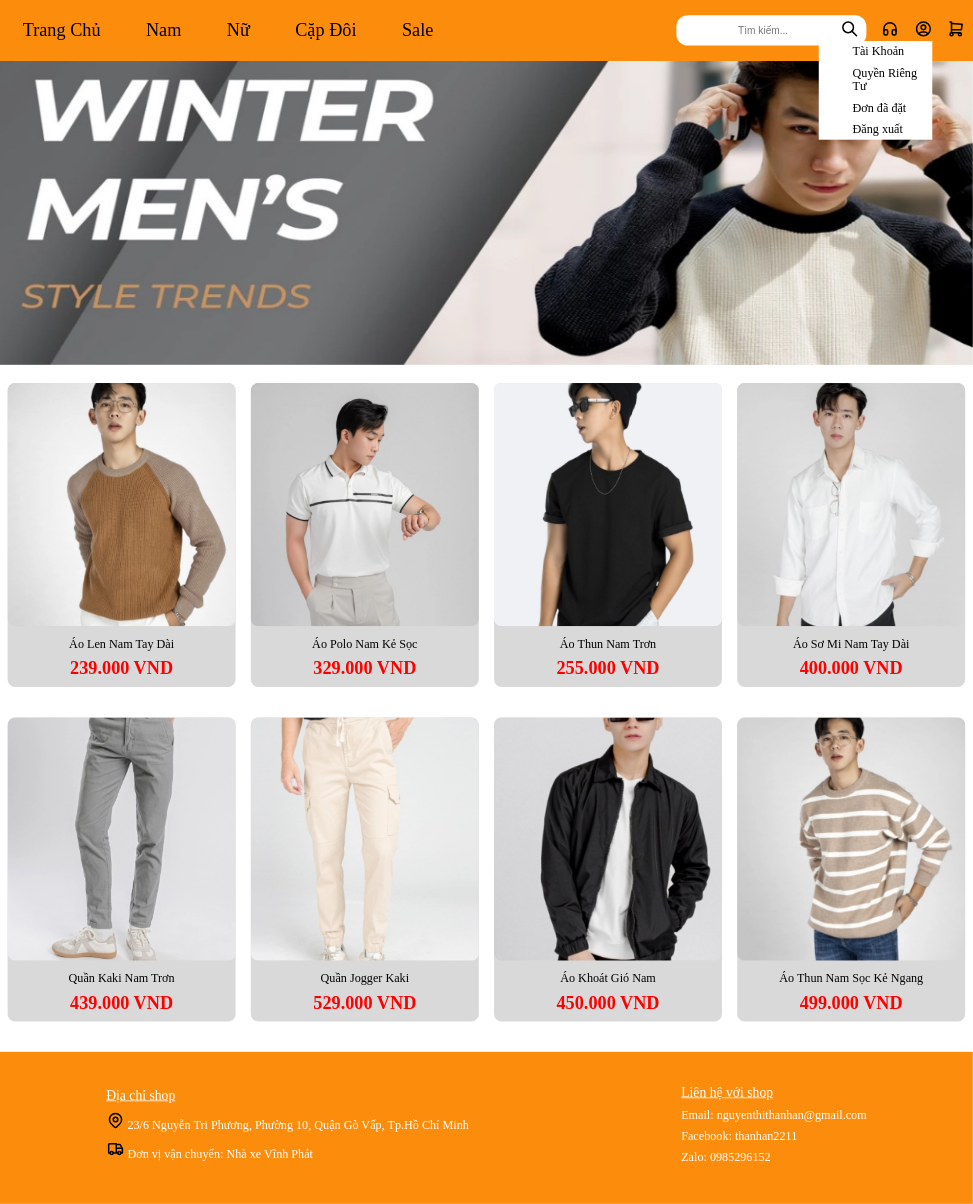
Repository: manhhieu120499/Project_ShopQuanAo
Page: html/nam.html
These files come from the project's save history. The page is drawn as it stood at one moment and after the next save; the edit follows.
The browser window is 1280 px wide. The pictures show the whole page, at 76% of full size.

Above is the page before, as saved 2023-03-06 00:22:34.

### html/nam.html
<!DOCTYPE html>
<html lang="en">
<head>
    <meta charset="UTF-8">
    <meta http-equiv="X-UA-Compatible" content="IE=edge">
    <meta name="viewport" content="width=device-width, initial-scale=1.0">
    <title>Document</title>
    <link rel="stylesheet" href="/css/style_nam.css">
</head>
<body>
    <div class="wrap">
        <div class="header">
            <div class="header_nav">
                <a href="#">Trang Chủ</a>
                <a href="#">Nam</a>
                <a href="#">Nữ</a>
                <a href="#">Cặp Đôi</a>
                <a href="#">Sale</a>
            </div>
            <div class="right_header">
                <a href="#" class="search">
                    <svg xmlns="http://www.w3.org/2000/svg" class="icon icon-tabler icon-tabler-search" width="24" height="24" viewBox="0 0 24 24" stroke-width="2" stroke="currentColor" fill="none" stroke-linecap="round" stroke-linejoin="round">
                        <path stroke="none" d="M0 0h24v24H0z" fill="none"></path>
                        <path d="M10 10m-7 0a7 7 0 1 0 14 0a7 7 0 1 0 -14 0"></path>
                        <path d="M21 21l-6 -6"></path>
                     </svg>
                </a>
                <input type="text" placeholder="                  Tìm kiếm...">
                <a href="#" class="headphone">
                    <svg xmlns="http://www.w3.org/2000/svg" class="icon icon-tabler icon-tabler-headphones " width="24" height="24" viewBox="0 0 24 24" stroke-width="2" stroke="currentColor" fill="none" stroke-linecap="round" stroke-linejoin="round">
                        <path stroke="none" d="M0 0h24v24H0z" fill="none"></path>
                        <path d="M4 13m0 2a2 2 0 0 1 2 -2h1a2 2 0 0 1 2 2v3a2 2 0 0 1 -2 2h-1a2 2 0 0 1 -2 -2z"></path>
                        <path d="M15 13m0 2a2 2 0 0 1 2 -2h1a2 2 0 0 1 2 2v3a2 2 0 0 1 -2 2h-1a2 2 0 0 1 -2 -2z"></path>
                        <path d="M4 15v-3a8 8 0 0 1 16 0v3"></path>
                     </svg>
                     <p class="phone_number">Hotline: 19008198</p>
                </a>
                <a href="#" class="user">
                    <svg xmlns="http://www.w3.org/2000/svg" class="icon icon-tabler icon-tabler-user-circle " width="24" height="24" viewBox="0 0 24 24" stroke-width="2" stroke="currentColor" fill="none" stroke-linecap="round" stroke-linejoin="round">
                        <path stroke="none" d="M0 0h24v24H0z" fill="none"></path>
                        <path d="M12 12m-9 0a9 9 0 1 0 18 0a9 9 0 1 0 -18 0"></path>
                        <path d="M12 10m-3 0a3 3 0 1 0 6 0a3 3 0 1 0 -6 0"></path>
                        <path d="M6.168 18.849a4 4 0 0 1 3.832 -2.849h4a4 4 0 0 1 3.834 2.855"></path>
                     </svg>
                     <ul class="sub_menu">
                        <li>Tài Khoản</li>
                        <li>Quyền Riêng Tư</li>
                        <li>Đơn đã đặt</li>
                        <li>Đăng xuất</li>
                     </ul>
                </a>
                <a href="#">
                    <svg xmlns="http://www.w3.org/2000/svg" class="icon icon-tabler icon-tabler-shopping-cart" width="24" height="24" viewBox="0 0 24 24" stroke-width="2" stroke="currentColor" fill="none" stroke-linecap="round" stroke-linejoin="round">
                        <path stroke="none" d="M0 0h24v24H0z" fill="none"></path>
                        <path d="M6 19m-2 0a2 2 0 1 0 4 0a2 2 0 1 0 -4 0"></path>
                        <path d="M17 19m-2 0a2 2 0 1 0 4 0a2 2 0 1 0 -4 0"></path>
                        <path d="M17 17h-11v-14h-2"></path>
                        <path d="M6 5l14 1l-1 7h-13"></path>
                     </svg>
                </a>
            </div>
        </div>

        <!--Slide_bar-->
        <div class="slide_bar">
            <img src="/image/image_trangnam/16.jpg" alt="picture_panel">
        </div>

        <!--products-->
        <div class="products">
            <div class="product_one">
                 <div class="product_item">
                    <a href="#"><img src="/image/image_trangnam/22.jpg" alt=""></a>
                    <p>Áo Len Nam Tay Dài</p>
                    <p>239.000 VND</p>
                 </div>
                 <div class="product_item">
                    <a href="#"><img src="/image/image_trangnam/17.jpg" alt=""></a>
                    <p>Áo Polo Nam Kẻ Sọc</p>
                    <p>329.000 VND</p>
                 </div>
                 <div class="product_item">
                    <a href="#"><img src="/image/image_trangnam/23.jpg" alt=""></a>
                    <p>Áo Thun Nam Trơn</p>
                    <p>255.000 VND</p>
                 </div>
                 <div class="product_item">
                    <a href="#"><img src="/image/image_trangnam/19.jpg" alt=""></a>
                    <p>Áo Sơ Mi Nam Tay Dài</p>
                    <p>400.000 VND</p>
                 </div>
            </div>

            <div class="product_one product_two">
                <div class="product_item">
                   <a href="#"><img src="/image/image_trangnam/24.jpg" alt=""></a>
                   <p>Quần Kaki Nam Trơn</p>
                   <p>439.000 VND</p>
                </div>
                <div class="product_item">
                   <a href="#"><img src="/image/image_trangnam/25.jpg" alt=""></a>
                   <p>Quần Jogger Kaki</p>
                   <p>529.000 VND</p>
                </div>
                <div class="product_item">
                   <a href="#"><img src="/image/image_trangnam/26.jpg" alt=""></a>
                   <p>Áo Khoát Gió Nam</p>
                   <p>450.000 VND</p>
                </div>
                <div class="product_item">
                   <a href="#"><img src="/image/image_trangnam/27.jpg" alt=""></a>
                   <p>Áo Thun Nam Sọc Kẻ Ngang</p>
                   <p>499.000 VND</p>
                </div>
           </div>
        </div>

        <!--Footer-->
        <div class="footer">
            <div class="left_footer">
                  <p class="address">Địa chỉ shop</p>
                  <p>
                    <a class="icon">
                        <svg xmlns="http://www.w3.org/2000/svg" class="icon icon-tabler icon-tabler-map-pin" width="24" height="24" viewBox="0 0 24 24" stroke-width="2" stroke="currentColor" fill="none" stroke-linecap="round" stroke-linejoin="round">
                            <path stroke="none" d="M0 0h24v24H0z" fill="none"></path>
                            <path d="M12 11m-3 0a3 3 0 1 0 6 0a3 3 0 1 0 -6 0"></path>
                            <path d="M17.657 16.657l-4.243 4.243a2 2 0 0 1 -2.827 0l-4.244 -4.243a8 8 0 1 1 11.314 0z"></path>
                         </svg>
                    </a>
                     23/6 Nguyễn Tri Phương, Phường 10, Quận Gò Vấp, Tp.Hồ Chí Minh
                  </p>
                  <p>
                    <a>
                        <svg xmlns="http://www.w3.org/2000/svg" class="icon icon-tabler icon-tabler-truck" width="24" height="24" viewBox="0 0 24 24" stroke-width="2" stroke="currentColor" fill="none" stroke-linecap="round" stroke-linejoin="round">
                            <path stroke="none" d="M0 0h24v24H0z" fill="none"></path>
                            <path d="M7 17m-2 0a2 2 0 1 0 4 0a2 2 0 1 0 -4 0"></path>
                            <path d="M17 17m-2 0a2 2 0 1 0 4 0a2 2 0 1 0 -4 0"></path>
                            <path d="M5 17h-2v-11a1 1 0 0 1 1 -1h9v12m-4 0h6m4 0h2v-6h-8m0 -5h5l3 5"></path>
                         </svg>
                         Đơn vị vận chuyển: Nhà xe Vĩnh Phát
                    </a>
                  </p>
            </div>
            <div class="right_footer">
                 <p class="address">Liên hệ với shop</p>
                 <p>Email: nguyenthithanhan@gmail.com</p>
                 <p>Facebook: thanhan2211</p>
                 <p>Zalo: 0985296152</p>
            </div>

        </div>
    </div>
</body>
</html>

### css/style_nam.css
* {
    margin: 0;
    box-sizing: border-box;
}

.header {
    background-color: #FC8D0C;
    width: 100%;
    height: 80px;
    display: flex;
    justify-content: space-between;
    align-items: center;
    position: fixed;
    top: 0;
    left: 0;
}

.header .header_nav {
    display: flex;
    justify-content: space-around;
    width: 600px;
}

.header_nav > a {
    color: black;
    text-decoration: none;
    font-size: 24px;
}

.header_nav > a:hover {
    color: white;
}

.header .right_header {
    display: flex;
    justify-content: space-around;
    width: 400px;
    align-items: center;
}

.right_header > input {
    width: 250px;
    height: 40px;
    padding: 0 15px;
    border-radius: 15px;
    border: none;
    position: relative;
}

.right_header > a {
    color: black;
}

.right_header .search {
    position: absolute;
    z-index: 1;
    right: 150px;
}

.slide_bar {
    margin-top: 80px;
}

.slide_bar > img {
    width: 100%;
    height: 400px;
    object-fit: fill;
}


/*products*/
.products {
    margin-top: 20px;
}
.product_one {
    display: flex;
    justify-content: space-around;
}

.product_one .product_item {
    width: 300px;
    height: 400px;
    background-color: #D9D9D9;
    border-radius: 10px;
}

.product_item > a > img {
    width: 100%;
    height: 320px;
    border-radius: 10px;
    object-fit: cover;
}

.product_item > p {
    font-size: 16px;
    text-align: center;
    margin-top: 10px;
}

.product_item > p:nth-child(3) {
    color: red;
    font-size: 24px;
    font-weight: bold;
}

.product_two {
    margin-top: 40px;
}

/*footer*/

.footer {
    margin-top: 40px;
    width: 100%;
    height: 200px;
    background-color: #FC8D0C;
    display: flex;
    justify-content: space-around;
    align-items: center;
    color: white;
}

.footer .left_footer {
    display: flex;
    flex-direction: column;
}

.left_footer p {
    margin-bottom: 10px;
}

.left_footer .address {
    text-decoration: underline;
    font-size: 18px;
}

.footer .right_footer {
    display: flex;
    flex-direction: column;
}

.right_footer p {
    margin-bottom: 10px;
}

.right_footer .address {
    text-decoration: underline;
    font-size: 18px;
}

.footer svg {
    color: black;
}

 /*Tạo hiệu ứng khi rê chuột vào icon headphone sẽ hiển thị số hotline cửa hàng*/
.headphone {
    position: relative;
}

.headphone:hover > .phone_number {
    display: block;
}


.headphone .phone_number {
    position: absolute;
    top: 60px;
    right: -70px;
    background-color: white;
    width: 150px;
    height: 40px;
    text-align: center;
    line-height: 40px;
    border-radius: 10px;
    display: none;
}

/*Tạo submenu cho icon user-circle*/
.user {
    position: relative;
}

.user .sub_menu {
    width: 150px;
    min-height: 50px;
    background-color: white;
    position: absolute;
    right: 0px;
}

.user .sub_menu li {
    list-style: none;
    padding: 5px;
    border-bottom: 1px solid gra;
}

After the next save:
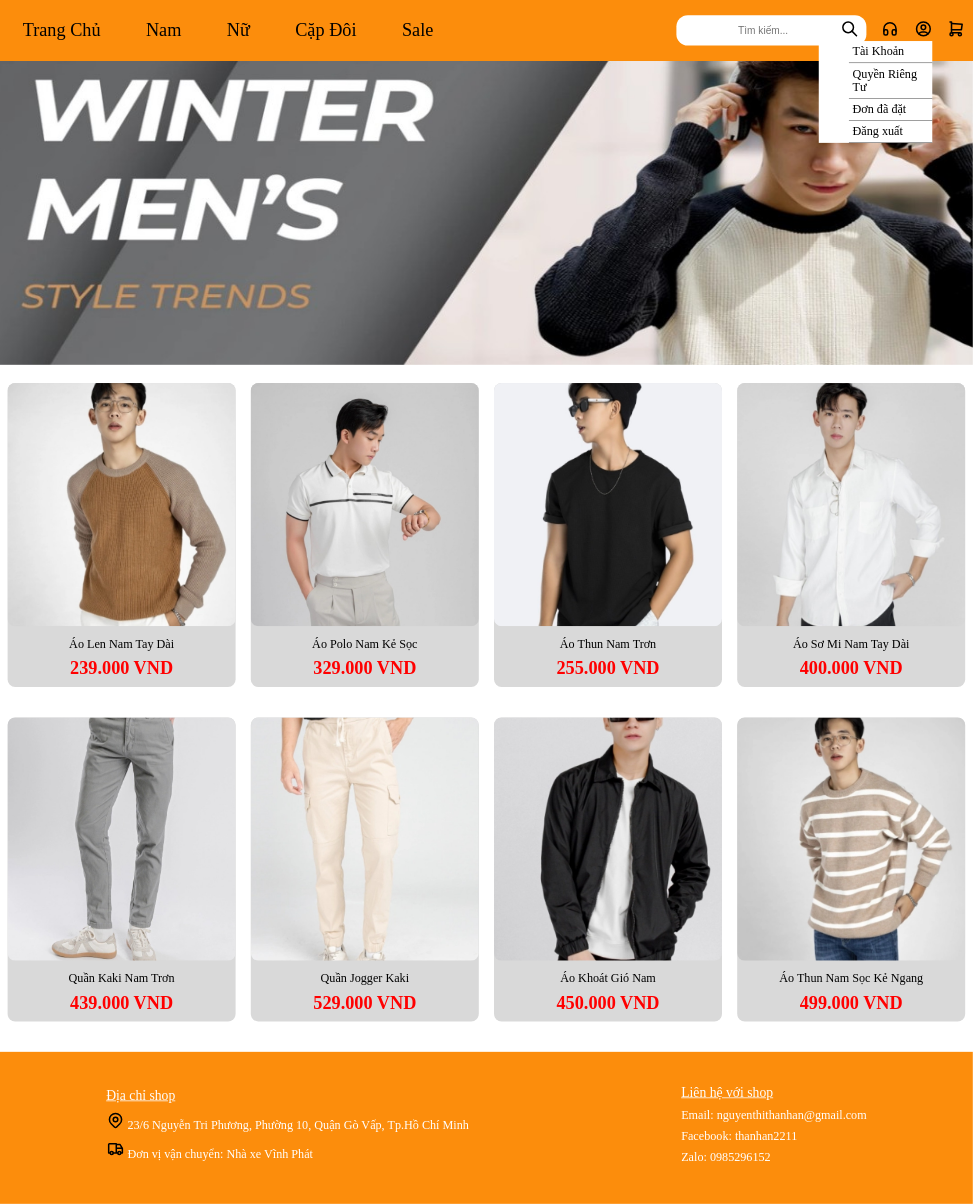
Saved 4 s later.
--- a/css/style_nam.css
+++ b/css/style_nam.css
@@ -191,5 +191,5 @@
 .user .sub_menu li {
     list-style: none;
     padding: 5px;
-    border-bottom: 1px solid gra;
+    border-bottom: 1px solid gray;
 }
